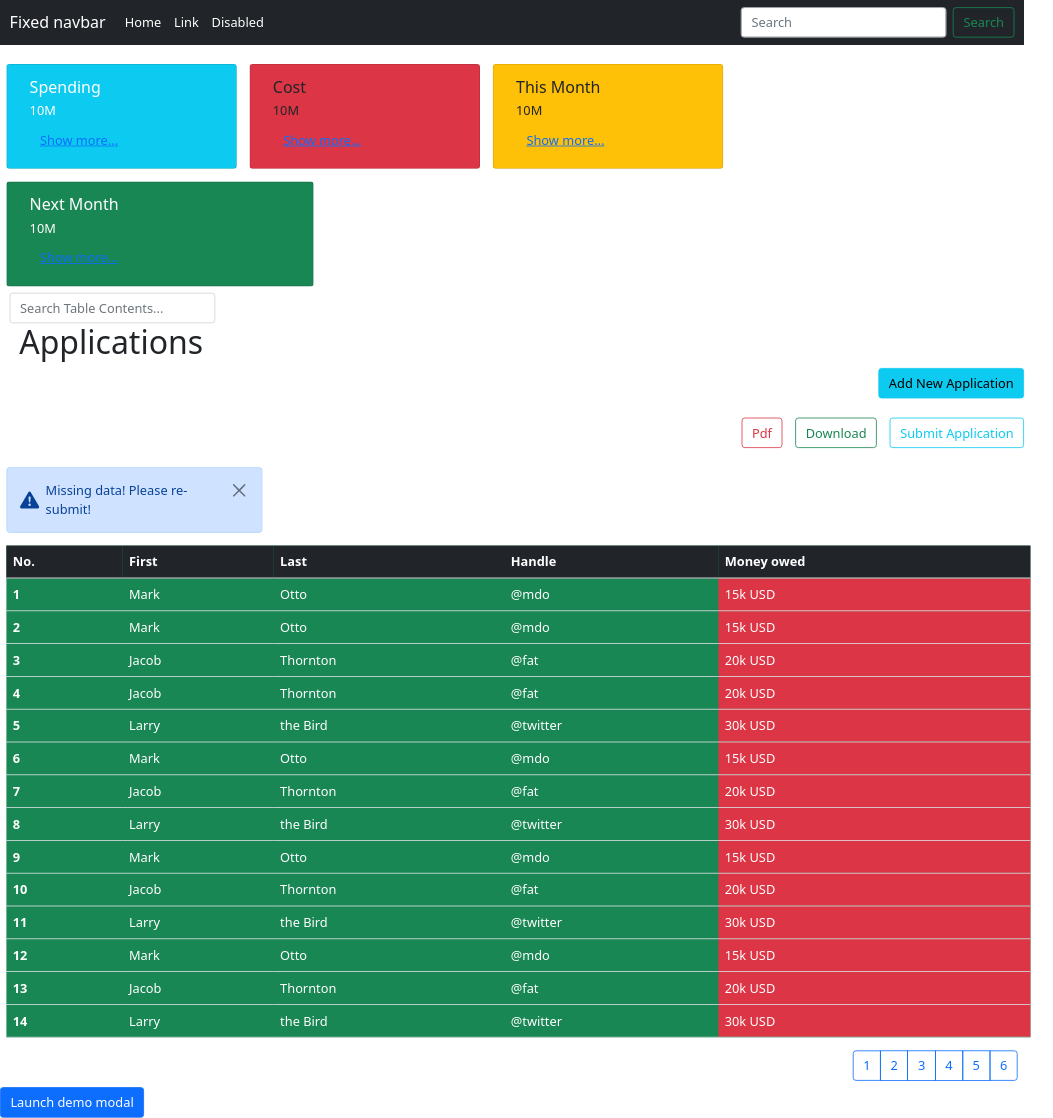
Repository: Dayvid0/BOOTSTRAP-TUTORIALS
Page: BOOTSTRAP-GRID-LAYOUTS/zylo.html
An editor plug-in stored every save of this project. The page is shown before and after the next save, followed by the edit.
The browser window is 1280 px wide. The page is 1316 px wide, so the pictures cover 1316 px, including what lies to the right of the window. The pictures show the whole page, at 80% of full size.

Above is the page before, as saved 2025-02-01 12:23:51.

After the next save:
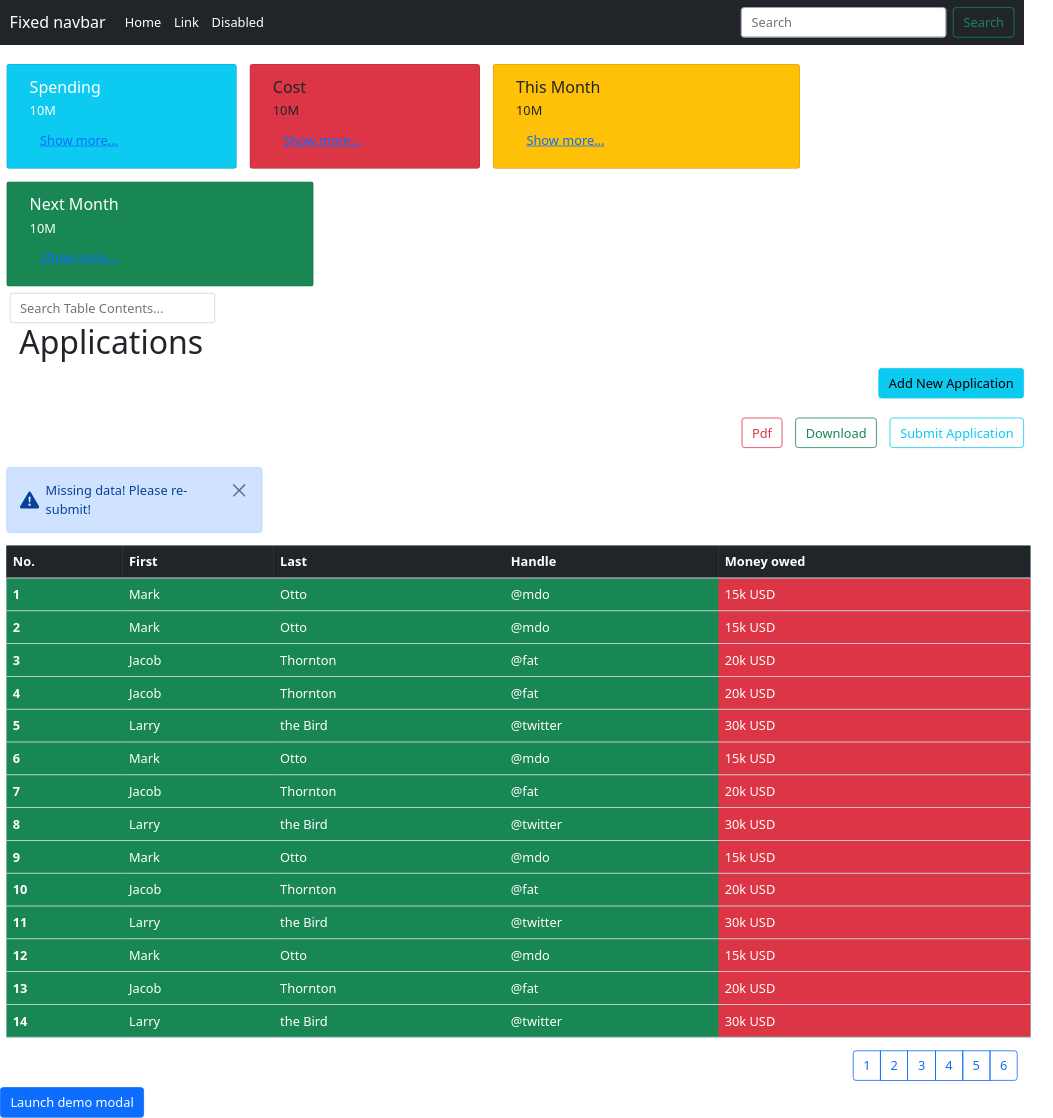
Saved 11 s later.
--- a/BOOTSTRAP-GRID-LAYOUTS/zylo.html
+++ b/BOOTSTRAP-GRID-LAYOUTS/zylo.html
@@ -43,7 +43,7 @@
       <div class="collapse bg-warning p-2" id="showCost">
         Div showing Spending
     </div>
-        <div class="card m-2 col-md-3 bg-warning" style="width: 18rem;">
+        <div class="card m-2 col-md-3 bg-warning" style="width: 24rem;">
           <div class="card-body">
             <h5 class="card-title">This Month</h5>
             <h6>10M</h6>
